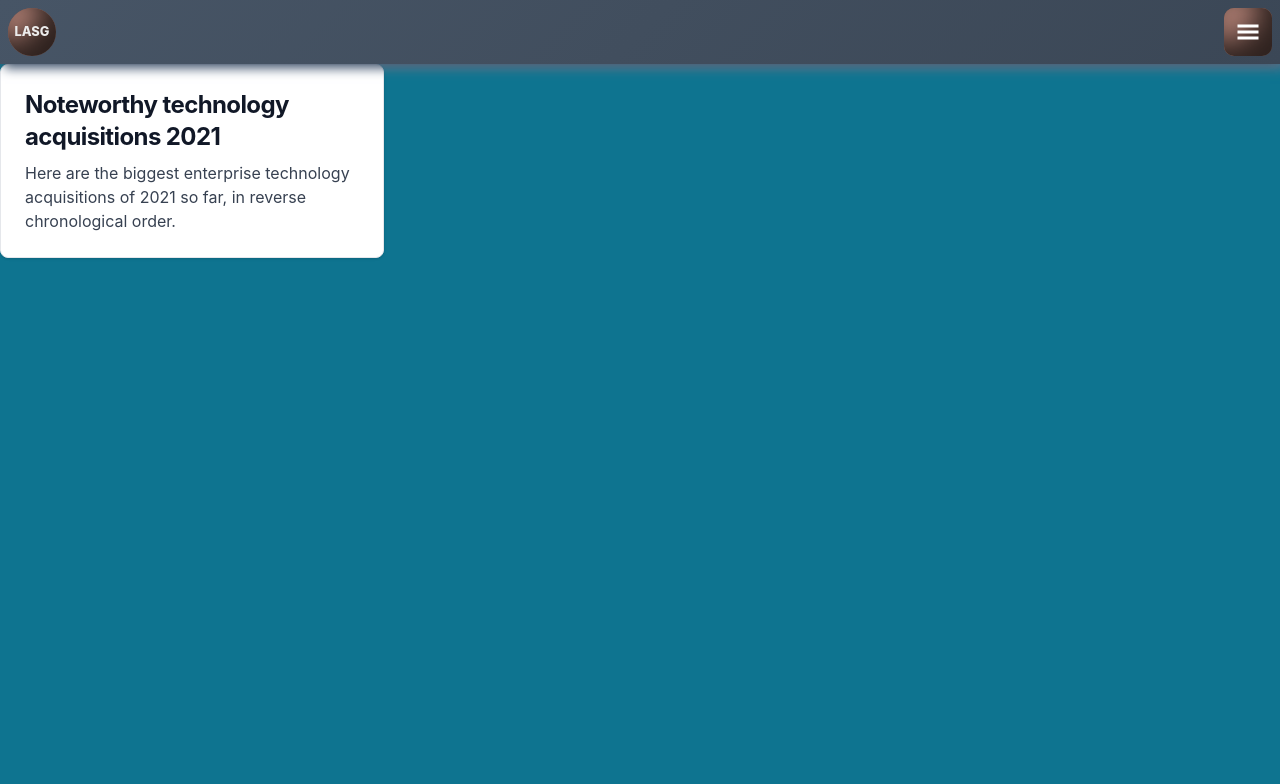
Repository: ShindanoSingi/LA-Swahili-Group
Page: /about (app in client/)
The author's editor kept a copy of each file at every save. The page is drawn from the files as they stood at one save, then again after the next save.
The browser window is 1280 px wide. The pictures show the whole page.
The project was rebuilt for these pictures with package versions that can differ from the ones it lists, and the page was loaded fresh each time. Also part of the build but not shown: client/src/pages/error/Error.css, client/src/pages/error/Error.js, client/src/pages/home/Home.js, client/src/pages/contact/Contact.js, client/src/pages/login/Login.js.

Above is the page before, as saved 2024-02-07 23:01:10.

### client/src/index.js
import React from 'react';
import ReactDOM from 'react-dom/client';
import './index.css';
import App from './App';
import reportWebVitals from './reportWebVitals';
import { Provider } from "react-redux";
import store from './redux/store';
import { BrowserRouter } from 'react-router-dom';


const root = ReactDOM.createRoot(document.getElementById('root'));
root.render(
  <Provider store={store}>
    <BrowserRouter>
    <App />
    </BrowserRouter>
  </Provider>
);

// If you want to start measuring performance in your app, pass a function
// to log results (for example: reportWebVitals(console.log))
// or send to an analytics endpoint. Learn more: https://bit.ly/CRA-vitals
reportWebVitals();

### client/src/index.css
@tailwind base;
@tailwind components;
@tailwind utilities;

:root{
  --primary: #424F5F;
  --secondary: #F3F3F3;
  --tertiary: #F4A261;
  --quaternary: #2A9D8F;
  --quinary: #E9C46A;

}

body {
  margin: 0;
  font-family: -apple-system, BlinkMacSystemFont, 'Segoe UI', 'Roboto', 'Oxygen',
    'Ubuntu', 'Cantarell', 'Fira Sans', 'Droid Sans', 'Helvetica Neue',
    sans-serif;
  -webkit-font-smoothing: antialiased;
  -moz-osx-font-smoothing: grayscale;
}

.container{
  max-height: 100vh;
  background-color: var(--primary);
}

.container {
  display: flex;
  justify-content: center;
  align-items: center;
  height: 100vh;
}

.logo{
  height: 100dvh;
}

### client/src/App.js
import Header from "./components/header/Header";
import Error from "./pages/error/Error";
import Home from "./pages/home/Home";
import { Routes, Route } from "react-router-dom";
import About from "./pages/about/About";
import Contact from "./pages/contact/Contact";
import Login from "./pages/login/Login";

function App() {
      return (
            <>
                  <Header />
                  <Routes>
                        <Route path="/" element={<Home />} />
                        <Route path="/about" element={<About />} />
                        <Route path="/contact" element={<Contact />} />
                        <Route path="/login" element={<Login />} />
                        <Route
                              path="/:rest*"
                              element={
                                    <h1>
                                          <Error />
                                    </h1>
                              }
                        />
                  </Routes>
            </>
      );
}

export default App;

### client/src/redux/store.js
import { configureStore } from "@reduxjs/toolkit";

import userReducer from "./userSlice";

const store = configureStore({
    reducer: {
        userReducer,
    },
});

export default store;

### client/src/components/header/Header.js
import React, { useState } from "react";
import "./Header.css";
import { GiHamburgerMenu } from "react-icons/gi";
import { Link } from "react-router-dom";

function Header() {
      const [show, setShow] = useState(false);

      return (
            <div className="header absolute top-0 w-full flex items-center justify-between p-2">
                  <div className="w-12 h-12 rounded-full text-[0.8rem] logo-button flex font-extrabold text-[#EBEBEB] justify-center items-center">
                        LASG
                  </div>
                  <div className="hambourger h-12 w-12 flex items-center justify-center">
                        <GiHamburgerMenu
                              className="text-[#FFFFFF] text-2xl"
                              onClick={() => setShow(!show)}
                        />
                  </div>
                  {show && (
                        <ul className="flex flex-col items-center p-2 top-[4.2rem] right-2 menu text-[#FFFFFF] absolute">
                              <Link to="/" onClick={() => setShow(!show)}>
                                    <li className="menu-item">Home</li>
                              </Link>
                              <Link to="/about" onClick={() => setShow(!show)}>
                                    <li className="menu-item">About</li>
                              </Link>
                              <Link
                                    to="/contact"
                                    onClick={() => setShow(!show)}
                              >
                                    <li className="menu-item">Contact</li>
                              </Link>
                              <Link to="/login" onClick={() => setShow(!show)}>
                                    <li className="menu-item">Login</li>
                              </Link>
                        </ul>
                  )}
            </div>
      );
}

export default Header;

### client/src/pages/about/About.js
import React from 'react'

function About() {
  return (
    <div className='mt-[4rem] min-h-[100vh] bg-cyan-700'>

<div className="block max-w-sm p-6 bg-white border border-gray-200 rounded-lg shadow hover:bg-gray-100 dark:bg-gray-800 dark:border-gray-700 dark:hover:bg-gray-700">

<h5 className="mb-2 text-2xl font-bold tracking-tight text-gray-900 dark:text-white">Noteworthy technology acquisitions 2021</h5>
<p className="font-normal text-gray-700 dark:text-gray-400">Here are the biggest enterprise technology acquisitions of 2021 so far, in reverse chronological order.</p>
</div>

    </div>
  )
}

export default About

### client/src/redux/userSlice.js
import {createSlice} from '@reduxjs/toolkit';

const userSlice = createSlice({
    name: 'user',
    initialState: {
        user: null,
    },
    reducers: {
        setUser: (state, action) => {
            state.user = action.payload;
        },
    },
});

export const {setUser} = userSlice.actions;
export default userSlice.reducer;

### client/src/components/header/Header.css
.header {
    border-radius: 0px;
background: linear-gradient(315deg, #3b4756, #475566);
box-shadow:  -5px -5px 10px #262e37,
             5px 5px 10px #5e7087;
}

.logo-button {
    border-radius: 50%;
    background: #6E5049;
    box-shadow: inset -14px -14px 27px #2d211e, inset 14px 14px 27px #af7f74;
}

.hambourger {
    border-radius: 10px;
    background: #6E5049;
    box-shadow: inset -14px -14px 27px #2d211e, inset 14px 14px 27px #af7f74;
}

.menu {
    border-radius: 9px;
    background: #3E5F75;
    box-shadow: inset -5px -5px 10px #38556c, inset 5px 5px 10px #5885a8;
    padding: 0.5rem;
}

.menu-item{
    border-radius: 7px;
background: #486D8A;
box-shadow: inset -15px -15px 13px #2a3f50,
            inset 15px 15px 13px #669bc4;
            width: 5rem;
            text-align: center;
            margin: 0.2rem;
            padding: 0.2rem 0.5rem;
}

Loaded but not shown: client/public/index.html (common file); client/src/reportWebVitals.js (common file); client/tailwind.config.js (common file)

After the next save:
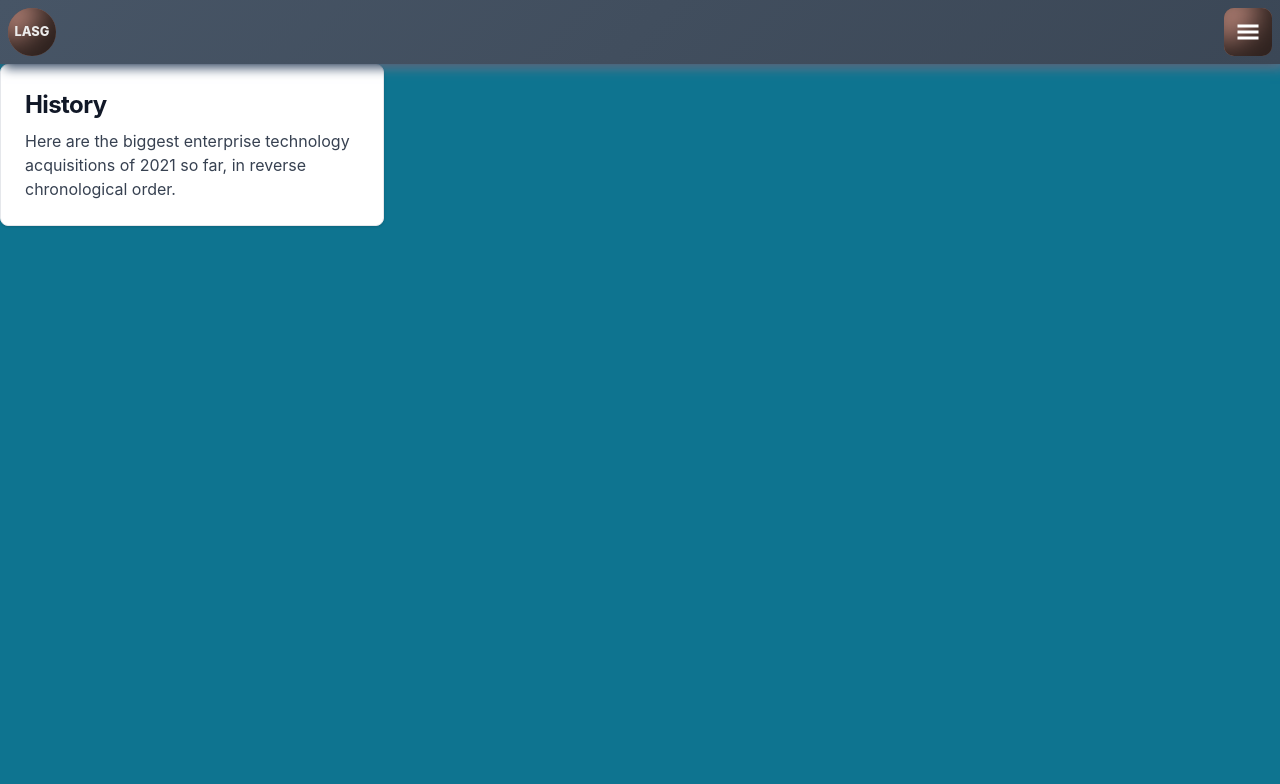
Saved 26 s later.
--- a/client/src/pages/about/About.js
+++ b/client/src/pages/about/About.js
@@ -6,7 +6,7 @@ function About() {
 
 <div className="block max-w-sm p-6 bg-white border border-gray-200 rounded-lg shadow hover:bg-gray-100 dark:bg-gray-800 dark:border-gray-700 dark:hover:bg-gray-700">
 
-<h5 className="mb-2 text-2xl font-bold tracking-tight text-gray-900 dark:text-white">Noteworthy technology acquisitions 2021</h5>
+<h5 className="mb-2 text-2xl font-bold tracking-tight text-gray-900 dark:text-white">History</h5>
 <p className="font-normal text-gray-700 dark:text-gray-400">Here are the biggest enterprise technology acquisitions of 2021 so far, in reverse chronological order.</p>
 </div>
 
